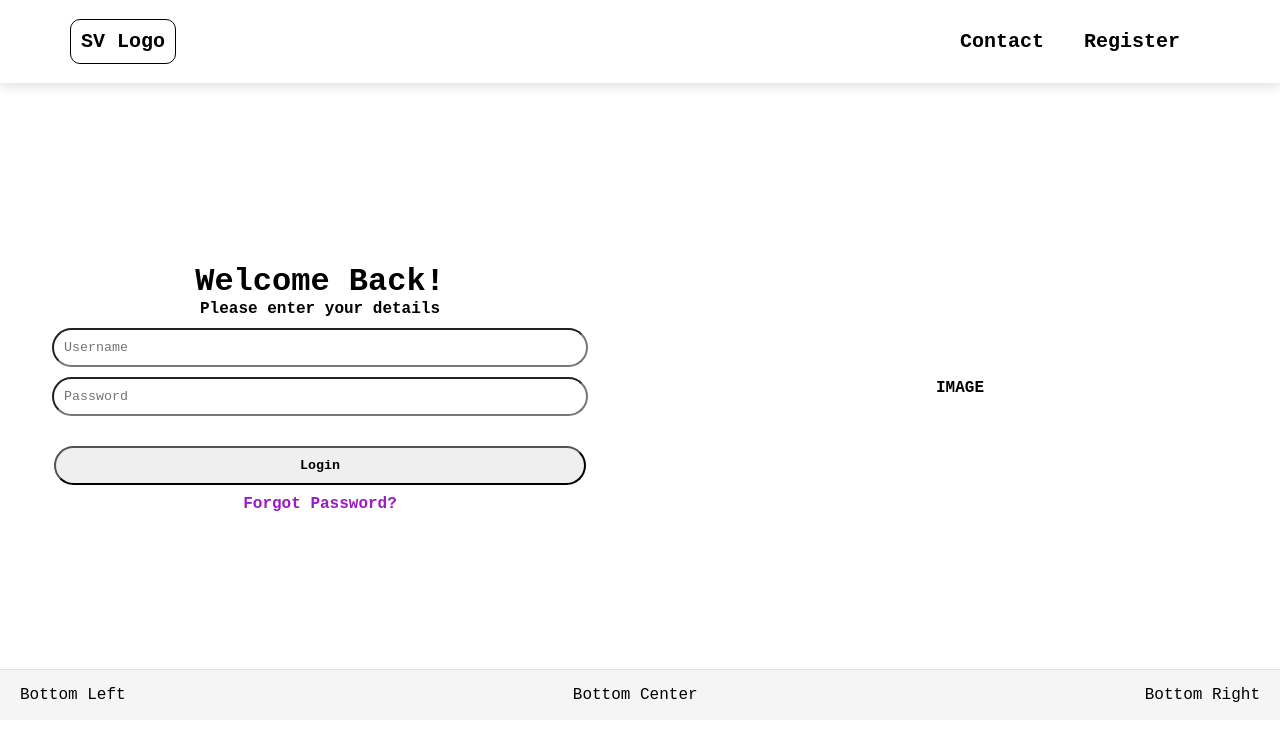
Repository: BuddhimaB/SecureVisionAI
Page: / (app in client/)
An editor plug-in stored every save of this project. The page is shown before and after the next save, followed by the edit.
The browser window is 1280 px wide. The pictures show the whole page.
The project was rebuilt for these pictures with package versions that can differ from the ones it lists, and the page was loaded fresh each time.

Above is the page before, as saved 2024-07-13 19:25:36.

After the next save:
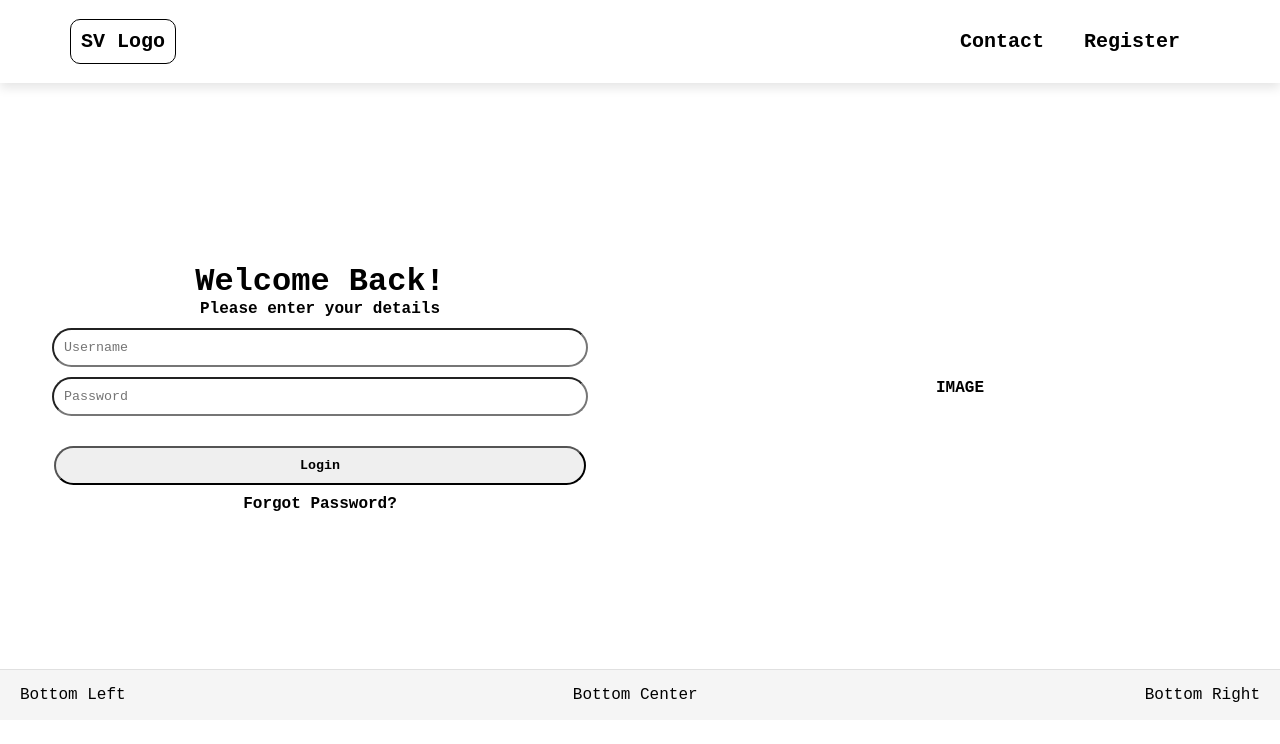
Saved 9 s later.
--- a/client/src/Pages/Login/Login.css
+++ b/client/src/Pages/Login/Login.css
@@ -46,7 +46,6 @@
     color:white
 }
 .fogotPass{
-    color: #9b1cc2;
     font-weight: 700;
     cursor: pointer;
 
